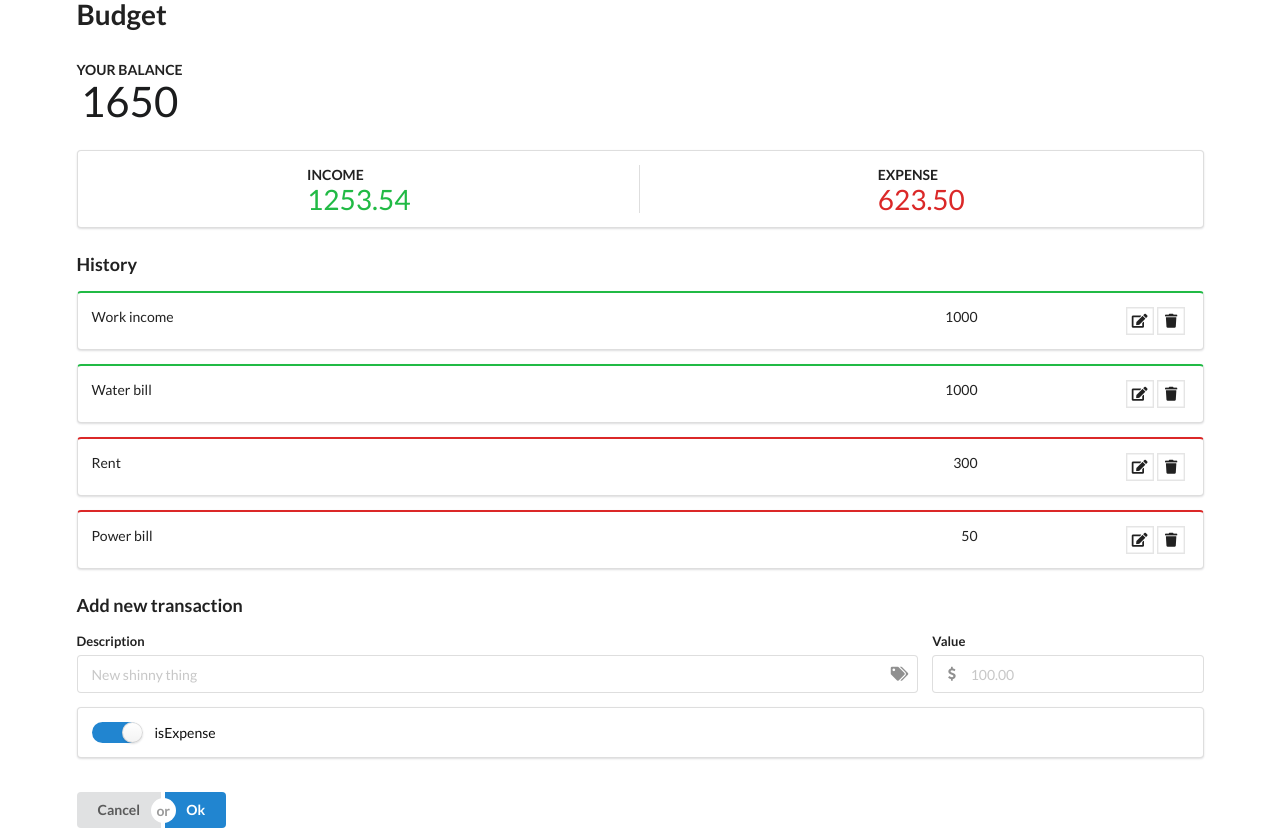
Repository: khuetn/budget-react
Page: /
These files come from the project's save history. The page is drawn as it stood at one moment and after the next save; the edit follows.
The browser window is 1280 px wide. The pictures show the whole page.
The project was rebuilt for these pictures with package versions that can differ from the ones it lists, and the page was loaded fresh each time. Also part of the build but not shown: src/App.css.

Above is the page before, as saved 2021-07-25 21:19:00.

After the next save:
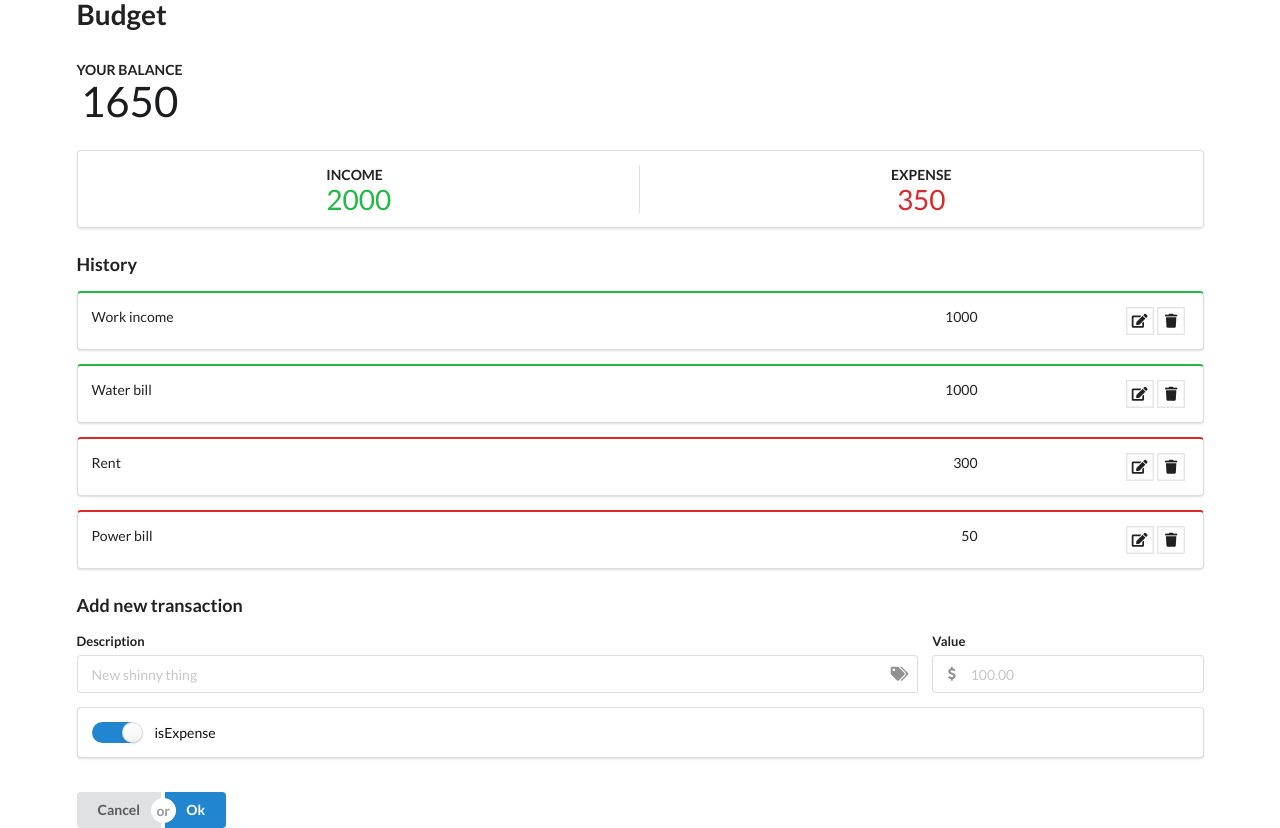
Saved 53 s later.
--- a/src/components/DisplayBalances.js
+++ b/src/components/DisplayBalances.js
@@ -2,16 +2,16 @@ import React from "react";
 import { Grid, Segment } from "semantic-ui-react";
 import DisplayBalance from "./DisplayBalance";
 
-function DisplayBalances() {
+function DisplayBalances({ totalIncomes, totalExpenses }) {
   return (
     <Segment textAlign="center">
       <Grid columns={2} divided>
         <Grid.Row>
           <Grid.Column>
-            <DisplayBalance title="income" value="1253.54" color="green" />
+            <DisplayBalance title="income" value={totalIncomes} color="green" />
           </Grid.Column>
           <Grid.Column>
-            <DisplayBalance title="expense" value="623.50" color="red" />
+            <DisplayBalance title="expense" value={totalExpenses} color="red" />
           </Grid.Column>
         </Grid.Row>
       </Grid>
